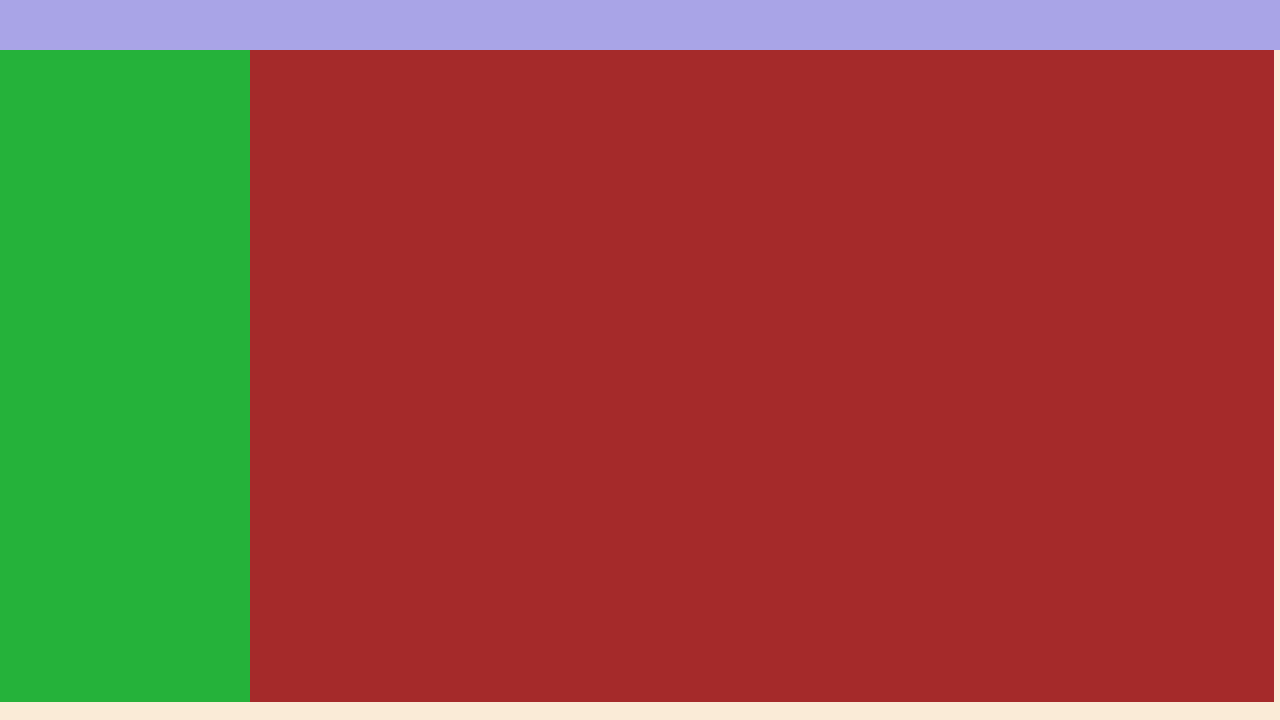
Repository: purnimapatel/fish-world
Page: index.html
An editor plug-in stored every save of this project. The page is shown before and after the next save, followed by the edit.
The browser window is 1280 px wide. The pictures show the whole page.

Above is the page before, as saved 2024-08-25 11:08:00.

### index.html
<!DOCTYPE html>
<html lang="en">
<head>
    <meta charset="UTF-8">
    <meta name="viewport" content="width=device-width, initial-scale=1.0">
    <title>Document</title>
    <link  rel = "stylesheet" type = "text/css" href = "style.css"/>

    <!-- <link rel="stylesheet" type="text/css" href="styles.css"> -->

</head>
<body>
    <div class=" container">
        <div class = "navbar"></div>
        <div class="lower">
        <div class ="leftPanel">
        </div>
        <div class = "mainBody"></div>
    </div>
    </div>

</body>
</html>

### style.css
body{
   margin: 0;
   padding:0;
   display: flex;
   height:100vh;
   align-items: center;
   justify-content: center;
}
.container{
    height: 100vh;
    width:100vw;
    background-color:antiquewhite;

}
.navbar{
    width:100vw;
    height:50px;
    background-color:rgb(169, 164, 231);
    margin-bottom: 0;

}
.lower{
    display: flex;
}
.leftPanel{
    margin-top: 0px;
    width:250px;
    height:90.5vh;
    background-color:rgb(37, 178, 58);
}
.mainBody{
    background-color:brown;
    height: 90.5vh;
    width:80%;

}

After the next save:
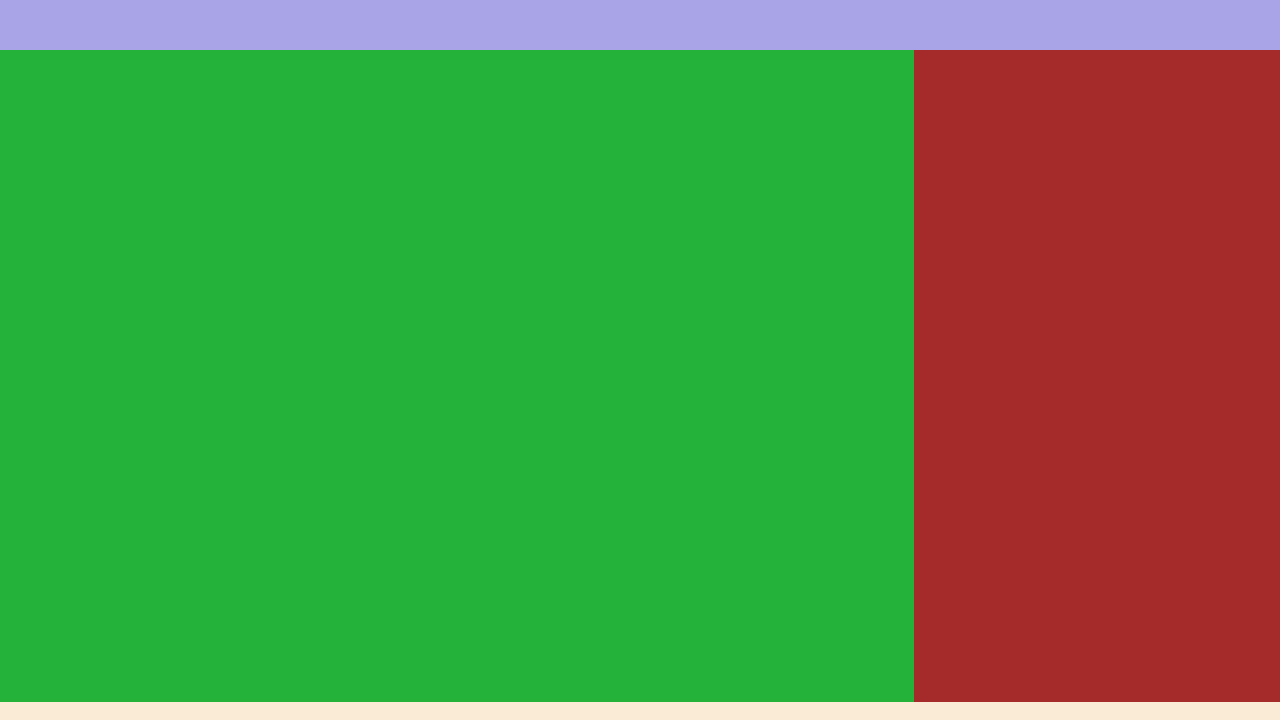
Saved 38 s later.
--- a/style.css
+++ b/style.css
@@ -24,7 +24,7 @@ body{
 }
 .leftPanel{
     margin-top: 0px;
-    width:250px;
+    width:200%;
     height:90.5vh;
     background-color:rgb(37, 178, 58);
 }
